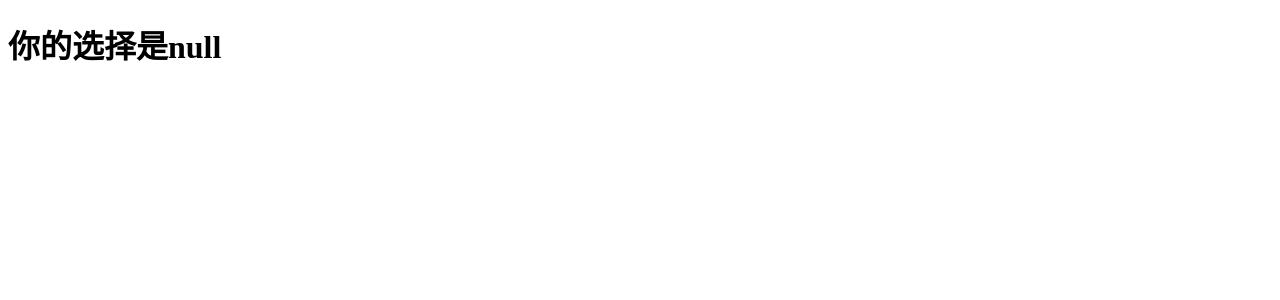
Repository: yz990219/InfectStatisticWeb
Page: http://localhost/MyInfectStatisticWeb/indexRes.jsp
The author's editor kept a copy of each file at every save. The page is drawn from the files as they stood at one save, then again after the next save.
The browser window is 1280 px wide. The pictures show the whole page.
The page is served by Tomcat 9. Other server files are loaded and not shown.

Above is the page before, as saved 2020-03-13 16:35:37.

### MyInfectStatisticWeb/WebContent/indexRes.jsp
<%@ page language="java" contentType="text/html; charset=utf-8"
	pageEncoding="utf-8"%>
<%@ page import="hw2.*"%>
<%@ page import="java.util.*"%>
<!DOCTYPE html>
<html>
<head>
<title>Insert title here</title>
</head>
<body>
<h1>你的选择是<%=request.getParameter("province_value") %></h1>
</body>
</html>

After the next save:
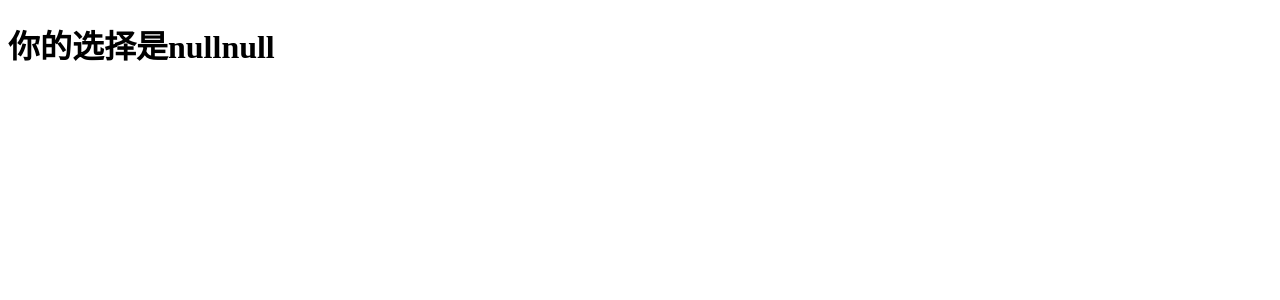
Saved 35 s later.
--- a/MyInfectStatisticWeb/WebContent/indexRes.jsp
+++ b/MyInfectStatisticWeb/WebContent/indexRes.jsp
@@ -8,6 +8,6 @@
 <title>Insert title here</title>
 </head>
 <body>
-<h1>你的选择是<%=request.getParameter("province_value") %></h1>
+<h1>你的选择是<%=request.getParameter("province_value") %><%=request.getParameter("date") %></h1>
 </body>
 </html>
